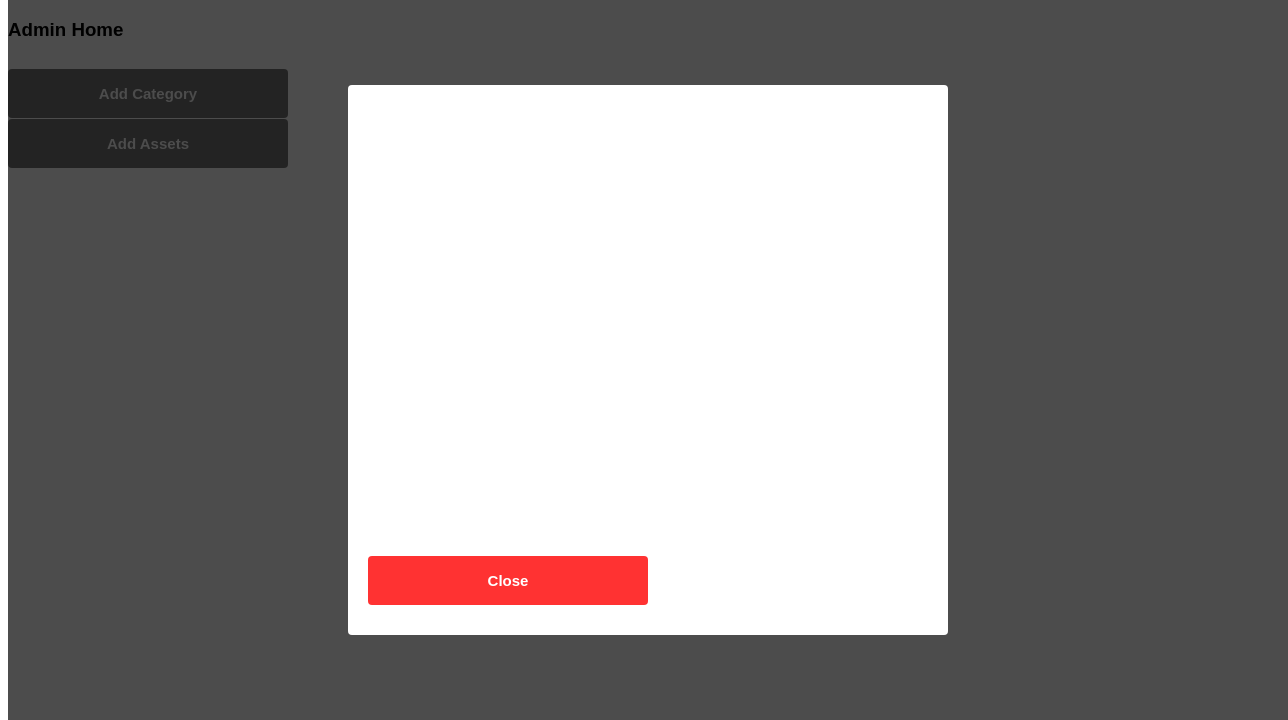
Repository: DhruvKaushal/CodeFury_404Found
Page: http://localhost/e-assets/assetadded.jsp
An editor plug-in stored every save of this project. The page is shown before and after the next save, followed by the edit.
The browser window is 1280 px wide. The page is 1288 px wide, so the pictures cover 1288 px, including what lies to the right of the window. The pictures show the whole page.
The page is served by Tomcat 9. Other server files are loaded and not shown.

Above is the page before, as saved 2020-10-05 10:34:47.

### Aditya's New/E-Assets-Management/e-assets/WebContent/assetadded.jsp
<%@ page language="java" contentType="text/html; charset=ISO-8859-1"
    pageEncoding="ISO-8859-1"%>
<!DOCTYPE html>
<html>
<head>
<meta charset="ISO-8859-1">
<link rel="stylesheet" href="addassets.css">
<title>Insert title here</title>
</head>
<body>

	  <h3>Admin Home</h3>

  	<button class="open-type-button">Add Category</button>
 	<button class="open-assets-button">Add Assets</button>

    <div class="bg-modal2" id="myForm2">
        	<div class="modal-content">






             <button class="close-button" action="adminhome.jsp" class="btn"><b>Close</b></button>


        </div>
    </div>






	<script>

	function closeForm1() {
  	document.getElementById("myForm1").style.display = "none";
	}

	function openForm2() {
  		document.getElementById("myForm2").style.display = "flex";
	}

	function closeForm2() {
  	document.getElementById("myForm2").style.display = "none";
	}
	</script>

</body>
</html>

### Aditya's New/E-Assets-Management/e-assets/WebContent/addassets.css
body {font-family: Arial, Helvetica, sans-serif;}
* {box-sizing: border-box;}


.open-assets-button {
  background-color: #555;
  color: white;
  padding: 16px 20px;
  border-radius: 4px;
  border: none;
  cursor: pointer;
  opacity: 0.8;
  position: fixed;
  width: 280px;
  margin-top: 60px;
  font-weight: bold;
  font-size: 15px;
  display: inline-block;
}

.open-type-button {
  background-color: #555;
  color: white;
  padding: 16px 20px;
  border-radius: 4px;
  border: none;
  cursor: pointer;
  opacity: 0.8;
  position: fixed;
  width: 280px;
  margin-top: 10px;
  font-weight: bold;
  font-size: 15px;
  display: inline-block;
}

.close-button {
  background-color: red;
  color: white;
  padding: 16px 20px;
  border-radius: 4px;
  border: none;
  cursor: pointer;
  opacity: 0.8;
  width: 280px;
  position: absolute;
  bottom: 30px;


  font-weight: bold;
  font-size: 15px;
  display: inline-block;
}

.bg-modal {
	width: 100%;
	height: 100%;
	background-color: rgba(0,0,0,0.7);
	position: absolute;;
	top: 0;
	display: flex;
	justify-content: center;
	align-items: center;
	display: none;

}

.bg-modal2 {
	width: 100%;
	height: 100%;
	background-color: rgba(0,0,0,0.7);
	position: absolute;;
	top: 0;
	display: flex;
	justify-content: center;
	align-items: center;


}

.modal-content {
	width: 600px;
	height: 550px;
	background-color: white;
	border-radius: 4px;
	padding: 20px;
	position: relative;
}



input{
  width: 100%;
  padding: 15px;
  margin: 5px 0 22px 0;
  border: none;
  background: #f1f1f1;
}


.btn {
  background-color: #1686d9;
  color: white;
  border-radius: 4px;
  padding: 16px 20px;
  border: none;
  cursor: pointer;
  width: 50%;
  margin-top: 20px;
  margin: auto;
  opacity: 0.8;
  font-size: 20px;

  display:block;

}


.btn:hover, .open-assets-button:hover, .open-type-button:hover {
  opacity: 1;
}

.close {
	position: absolute;
	top: 0;
	right: 10px;
	font-size: 38px;
	color: #333;
	transform: rotate(45deg);
	cursor: pointer;
}

.close:hover {
		color: #666;
	}

After the next save:
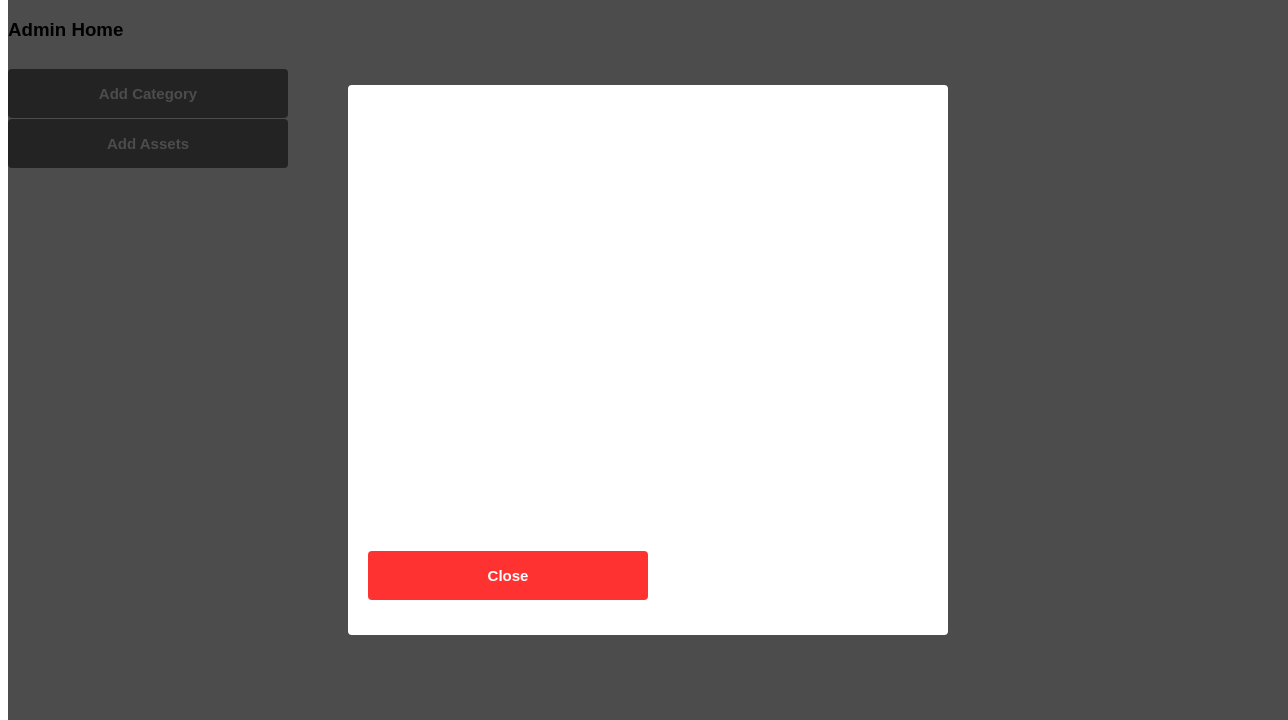
Saved 14 s later.
--- a/Aditya's New/E-Assets-Management/e-assets/WebContent/addassets.css
+++ b/Aditya's New/E-Assets-Management/e-assets/WebContent/addassets.css
@@ -44,7 +44,7 @@ body {font-family: Arial, Helvetica, sans-serif;}
   opacity: 0.8;
   width: 280px;
   position: absolute;
-  bottom: 30px;
+  bottom: 35px;
 
 
   font-weight: bold;
